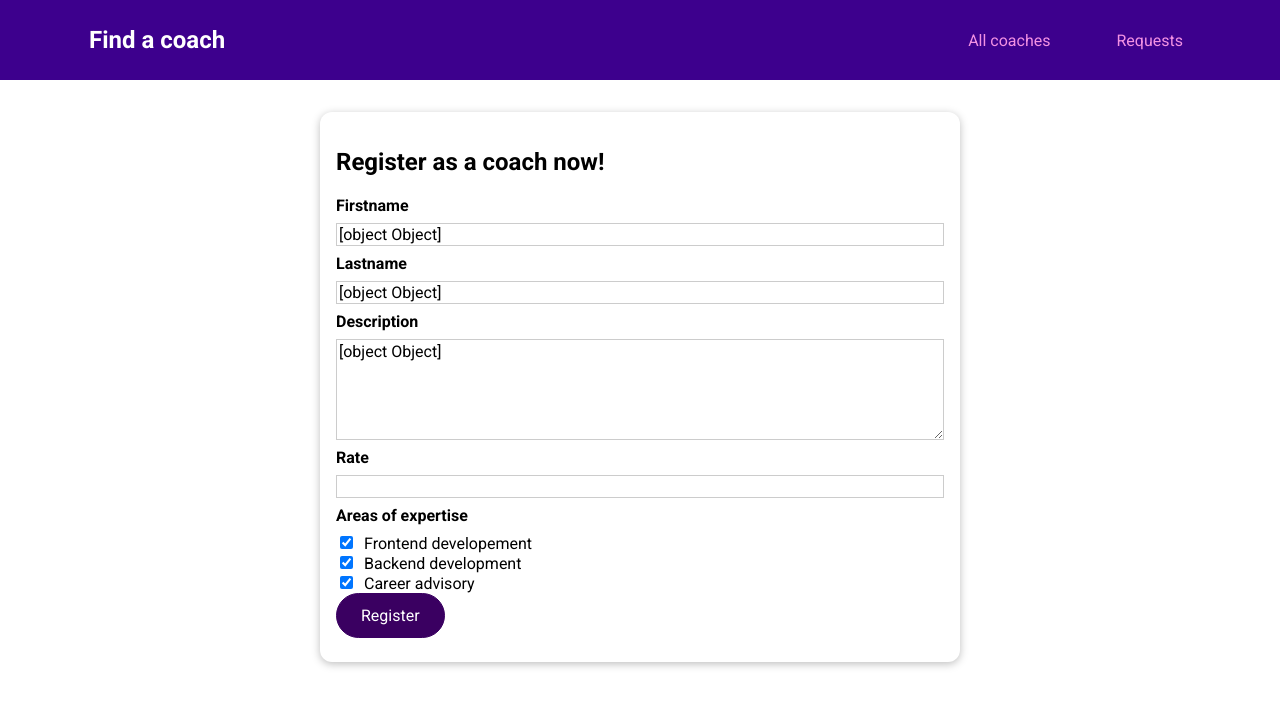
Repository: DaveBaulch/vue-course-find-a-coach
Page: /register
An editor plug-in stored every save of this project. The page is shown before and after a run of saves, followed by the edit.
The browser window is 1280 px wide. The pictures show the whole page.
The project was rebuilt for these pictures with package versions that can differ from the ones it lists, and the page was loaded fresh each time. Also part of the build but not shown: src/pages/coaches/CoachDetail.vue, src/components/coaches/CoachItem.vue, src/components/coaches/CoachFilter.vue, src/pages/coaches/CoachesList.vue, src/pages/requests/ContactCoach.vue, src/pages/requests/RequestsReceived.vue, src/components/ui/BaseBadge.vue. Imported but missing from the stored project, and not drawn on this page: src/pages/NotFound.vue.

Above is the page before, as saved 2021-01-24 10:07:48.

### src/main.js
import Vue from 'vue';
import App from './App.vue';
import router from './router';
import store from './store';
import BaseCard from './components/ui/BaseCard.vue';
import BaseButton from './components/ui/BaseButton.vue';
import BaseBadge from './components/ui/BaseBadge.vue';

Vue.config.productionTip = false;
Vue.component('base-card', BaseCard);
Vue.component('base-button', BaseButton);
Vue.component('base-badge', BaseBadge);

new Vue({
  router,
  store,
  render: (h) => h(App)
}).$mount('#app');

### src/App.vue
<template>
  <div id="app">
    <the-header />
    <router-view/>
  </div>
</template>

<script>
  import TheHeader from './components/layout/TheHeader.vue'

  export default {
    components: {
      TheHeader
    }
  }
</script>



<style>
@import url("https://fonts.googleapis.com/css2?family=Roboto:wght@400;700&display=swap");

* {
  box-sizing: border-box;
}

html {
  font-family: "Roboto", sans-serif;
}

body {
  margin: 0;
}

</style>

### src/router/index.js
import Vue from 'vue';
import VueRouter from 'vue-router';
import CoachDetail from '../pages/coaches/CoachDetail.vue';
import CoachesList from '../pages/coaches/CoachesList.vue';
import CoachRegistation from '../pages/coaches/CoachRegistration.vue';
import ContactCoach from '../pages/requests/ContactCoach.vue';
import RequestsReceived from '../pages/requests/RequestsReceived.vue';
import NotFound from '../pages/NotFound.vue';

Vue.use(VueRouter);

const routes = [
  {
    path: '/',
    redirect: '/coaches'
  },
  {
    path: '/coaches',
    component: CoachesList
  },
  {
    path: '/coaches/:id',
    component: CoachDetail,
    props: true,
    children: [
      { path: 'contact', component: ContactCoach } // /coaches/c1/contact
    ]
  },
  { path: '/register', component: CoachRegistation },
  { path: '/requests', component: RequestsReceived },
  { path: '/:notFound(.*)', component: NotFound }
];

const router = new VueRouter({
  mode: 'history',
  base: process.env.BASE_URL,
  routes
});

export default router;

### src/store/index.js
import Vue from 'vue';
import Vuex from 'vuex';
import coachesModule from './modules/coaches/index.js';

Vue.use(Vuex);

const store = new Vuex.Store({
  modules: {
    coaches: coachesModule
  },
  state() {
    return {
      userId: 'c3'
    };
  },
  getters: {
    userId(state) {
      return state.userId;
    }
  }
});

export default store;

### src/components/ui/BaseButton.vue
<template>
  <button v-if="!link" :class="mode">
    <slot></slot>
  </button>
  <router-link v-else :to="to" :class="mode">
    <slot></slot>
  </router-link>
</template>

<script>
export default {
  props: {
    mode: {
      type: String,
      required: false,
      default: null
    },
    link: {
      type: Boolean,
      required: false,
      default: false
    },
    to: {
      type: String,
      required: false,
      default: false
    }
  }
};
</script>

<style scoped>
button,
a {
  text-decoration: none;
  padding: 0.75rem 1.5rem;
  font: inherit;
  background-color: #3a0061;
  border: 1px solid #3a0061;
  color: white;
  cursor: pointer;
  border-radius: 30px;
  margin-right: 0.5rem;
  display: inline-block;
}

a:hover,
a:active,
button:hover,
button:active {
  background-color: #270041;
  border-color: #270041;
}

.flat {
  background-color: transparent;
  color: #3a0061;
  border: none;
}

.outline {
  background-color: transparent;
  border-color: #270041;
  color: #270041;
}

.flat:hover,
.flat:active,
.outline:hover,
.outline:active {
  background-color: #edd2ff;
}
</style>

### src/components/layout/TheHeader.vue
<template>
<header>
  <nav>
    <h1><router-link to="/">Find a coach</router-link></h1>
    <ul>
      <li><router-link to="/coaches">All coaches</router-link></li>
      <li><router-link to="/requests">Requests</router-link></li>
    </ul>
  </nav>
</header>
</template>

<script>
export default {
}
</script>

<!-- Add "scoped" attribute to limit CSS to this component only -->
<style scoped>
header {
  width: 100%;
  height: 5rem;
  background-color: #3d008d;
  display: flex;
  justify-content: center;
  align-items: center;
}

header a {
  text-decoration: none;
  color: #f391e3;
  display: inline-block;
  padding: 0.75rem 1.5rem;
  border: 1px solid transparent;
}

a:active,
a:hover,
a.router-link-active {
  border: 1px solid #f391e3;
}

h1 {
  margin: 0;
}

h1 a {
  color: white;
  margin: 0;
}

h1 a:hover,
h1 a:active,
h1 a.router-link-active {
  border-color: transparent;
}

header nav {
  width: 90%;
  margin: auto;
  display: flex;
  justify-content: space-between;
  align-items: center;
}

header ul {
  list-style: none;
  margin: 0;
  padding: 0;
  display: flex;
  justify-content: center;
  align-items: center;
}

li {
  margin: 0 0.5rem;
}
</style>

### src/pages/coaches/CoachRegistration.vue
<template>
  <section>
    <base-card>
      <h2>Register as a coach now!</h2>
      <coach-form @save-data="saveData"></coach-form>
    </base-card>
  </section>
</template>

<script>
import CoachForm from '../../components/coaches/CoachForm.vue';

export default {
  components: {
    CoachForm
  },
  computed: {
    isCoach() {
      return this.$store.getters['coaches/isCoach'];
    }
  },
  methods: {
    saveData(data) {
      this.$store.dispatch('coaches/registerCoach', data);
      this.$router.replace('/coaches');
    }
  }
};
</script>

### src/store/modules/coaches/index.js
import mutations from './mutations.js'
import actions from './actions.js'
import getters from './getters.js'

export default {
  namespaced: true,
  state() {
    return {
      coaches: [
        {
          id: 'c1',
          firstName: 'Dave',
          lastName: 'Baulch',
          areas: ['frontend', 'backend', 'career'],
          description:
            "I'm dave and I've worked as a freelance web developer for years. Let me help you become a developer as well!",
          hourlyRate: 30
        },
        {
          id: 'c2',
          firstName: 'Julie',
          lastName: 'Jones',
          areas: ['frontend', 'career'],
          description:
            'I am Julie and as a senior developer in a big tech company, I can help you get your first job or progress in your current role.',
          hourlyRate: 30
        }
      ]
    }
  },
  mutations,
  actions,
  getters
}

### src/components/coaches/CoachForm.vue
<template>
  <form @submit.prevent="submitForm">
    <div class="form-control">
      <label for="firstname">Firstname</label>
      <input type="text" id="firstname" v-model.trim="firstname" />
    </div>

    <div class="form-control">
      <label for="lastname">Lastname</label>
      <input type="text" id="lastname" v-model.trim="lastname" />
    </div>

    <div class="form-control">
      <label for="description">Description</label>
      <textarea id="description" rows="5" v-model.trim="description"></textarea>
    </div>

    <div class="form-control">
      <label for="rate">Rate</label>
      <input type="number" id="rate" v-model.number="rate" />
    </div>

    <div class="form-control">
      <h3>Areas of expertise</h3>
      <div>
        <input type="checkbox" id="frontend" value="frontend" v-model="areas" />
        <label for="frontend">Frontend developement</label>
      </div>
      <div>
        <input type="checkbox" id="backend" value="backend" v-model="areas" />
        <label for="backend">Backend development</label>
      </div>
      <div>
        <input type="checkbox" id="career" value="career" v-model="areas" />
        <label for="career">Career advisory</label>
      </div>

      <base-button>Register</base-button>
    </div>
  </form>
</template>

<script>
export default {
  emit: ['save-data'],
  data() {
    return {
      firstname: {
        val: '',
        isValid: true
      },
      lastname: {
        val: '',
        isValid: true
      },
      description: {
        val: '',
        isValid: true
      },
      rate: {
        val: null,
        isValid: true
      },
      areas: {
        val: [],
        isValid: true
      },
      formIsValid: true
    };
  },
  methods: {
    validateForm() {},
    submitForm() {
      validateForm();

      const formData = {
        first: this.firstname,
        last: this.lastname,
        desc: this.description,
        rate: this.rate,
        areas: this.areas
      };
      console.log(formData);
      this.$emit('save-data', formData);
    }
  }
};
</script>

<style scoped>
.form-control {
  margin: 0.5rem 0;
}

label {
  font-weight: bold;
  display: block;
  margin-bottom: 0.5rem;
}

input[type='checkbox'] + label {
  font-weight: normal;
  display: inline;
  margin: 0 0 0 0.5rem;
}

input,
textarea {
  display: block;
  width: 100%;
  border: 1px solid #ccc;
  font: inherit;
}

input:focus,
textarea:focus {
  background-color: #f0e6fd;
  outline: none;
  border-color: #3d008d;
}

input[type='checkbox'] {
  display: inline;
  width: auto;
  border: none;
}

input[type='checkbox']:focus {
  outline: #3d008d solid 1px;
}

h3 {
  margin: 0.5rem 0;
  font-size: 1rem;
}

.invalid label {
  color: red;
}

.invalid input,
.invalid textarea {
  border: 1px solid red;
}
</style>

### src/store/modules/coaches/mutations.js
export default {
  registerCoach(state, payload) {
    state.coaches.push(payload);
  }
};

### src/store/modules/coaches/actions.js
export default {
  registerCoach(context, data) {
    console.log(data);
    const coachData = {
      id: context.rootGetters.userId,
      firstName: data.first,
      lastName: data.last,
      description: data.desc,
      hourlyRate: data.rate,
      areas: data.areas
    };
    console.log(coachData);
    context.commit('registerCoach', coachData);
  }
};

### src/store/modules/coaches/getters.js
export default {
  coaches(state) {
    return state.coaches;
  },
  hasCoaches(state) {
    return state.coaches && state.coaches.length > 0;
  },
  isCoach(_, getters, _2, rootGetters) {
    const coaches = getters.coaches;
    const userId = rootGetters.userId;
    return coaches.some((coach) => coach.id === userId); // return true/false if userID exists - already a coach
  }
};

Loaded but not shown: public/index.html (common file); src/components/ui/BaseCard.vue (common file)

After the next 3 saves:
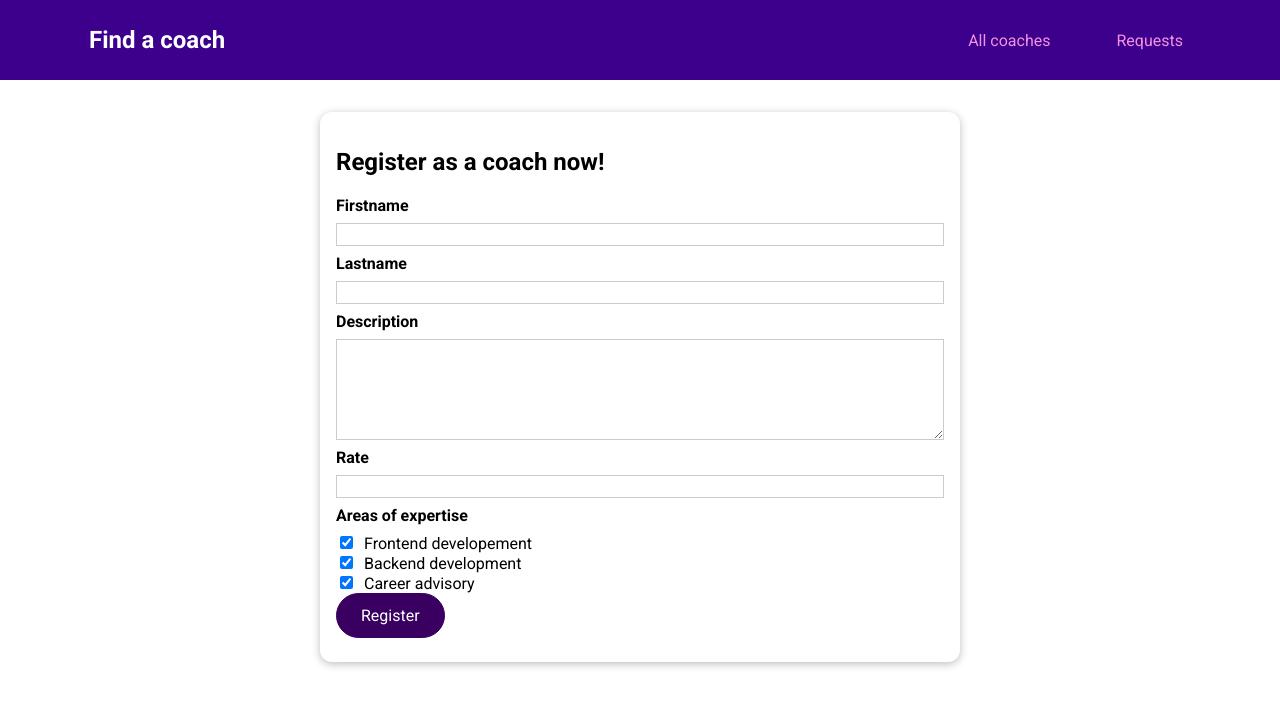
The 3 saves are shown as one change because they came seconds apart.
The last was saved 14 s later.
--- a/src/components/coaches/CoachForm.vue
+++ b/src/components/coaches/CoachForm.vue
@@ -2,22 +2,22 @@
   <form @submit.prevent="submitForm">
     <div class="form-control">
       <label for="firstname">Firstname</label>
-      <input type="text" id="firstname" v-model.trim="firstname" />
+      <input type="text" id="firstname" v-model.trim="firstname.val" />
     </div>
 
     <div class="form-control">
       <label for="lastname">Lastname</label>
-      <input type="text" id="lastname" v-model.trim="lastname" />
+      <input type="text" id="lastname" v-model.trim="lastname.val" />
     </div>
 
     <div class="form-control">
       <label for="description">Description</label>
-      <textarea id="description" rows="5" v-model.trim="description"></textarea>
+      <textarea id="description" rows="5" v-model.trim="description.val"></textarea>
     </div>
 
     <div class="form-control">
       <label for="rate">Rate</label>
-      <input type="number" id="rate" v-model.number="rate" />
+      <input type="number" id="rate" v-model.number="rate.val" />
     </div>
 
     <div class="form-control">
